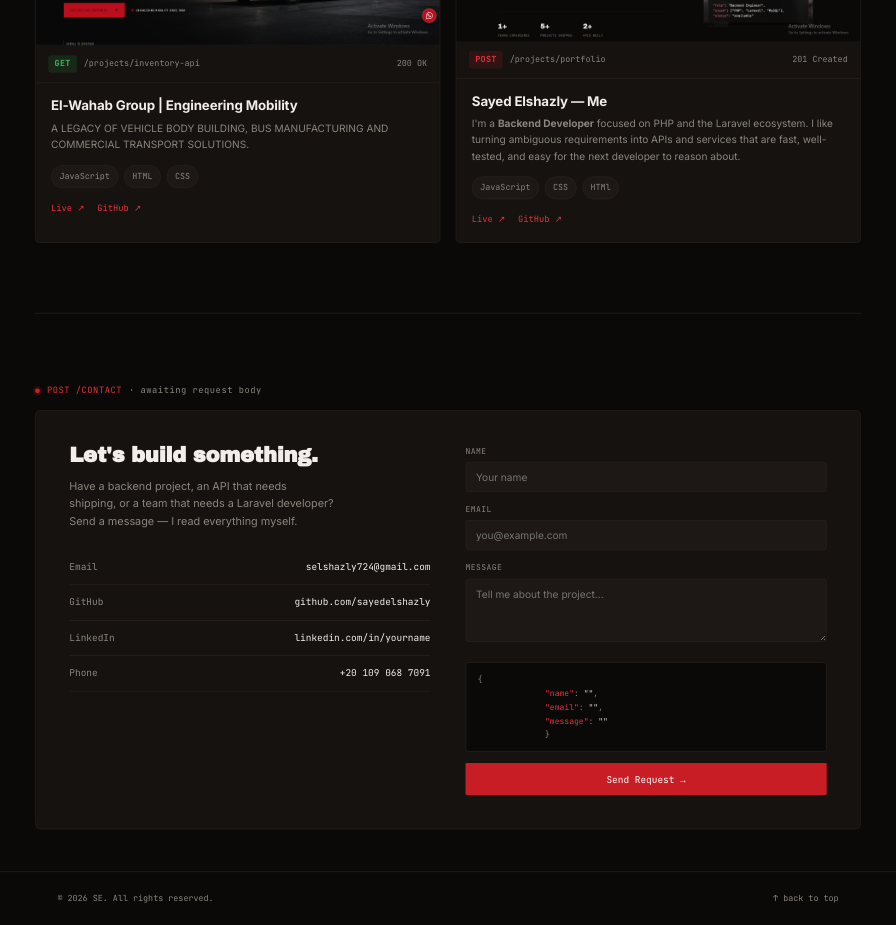
Repository: sayedelshazly/Portfolio.SE
Page: index.html
These files come from the project's save history. The page is drawn as it stood at one moment and after the next save; the edit follows.
The browser window is 1280 px wide. The pictures show the part of the page from y = 3567 to 5487 px (the page is 4888 px tall before and 5487 px after), at 70% of full size.

Above is the page before, as saved 2026-10-28 05:35:08.

After the next save:
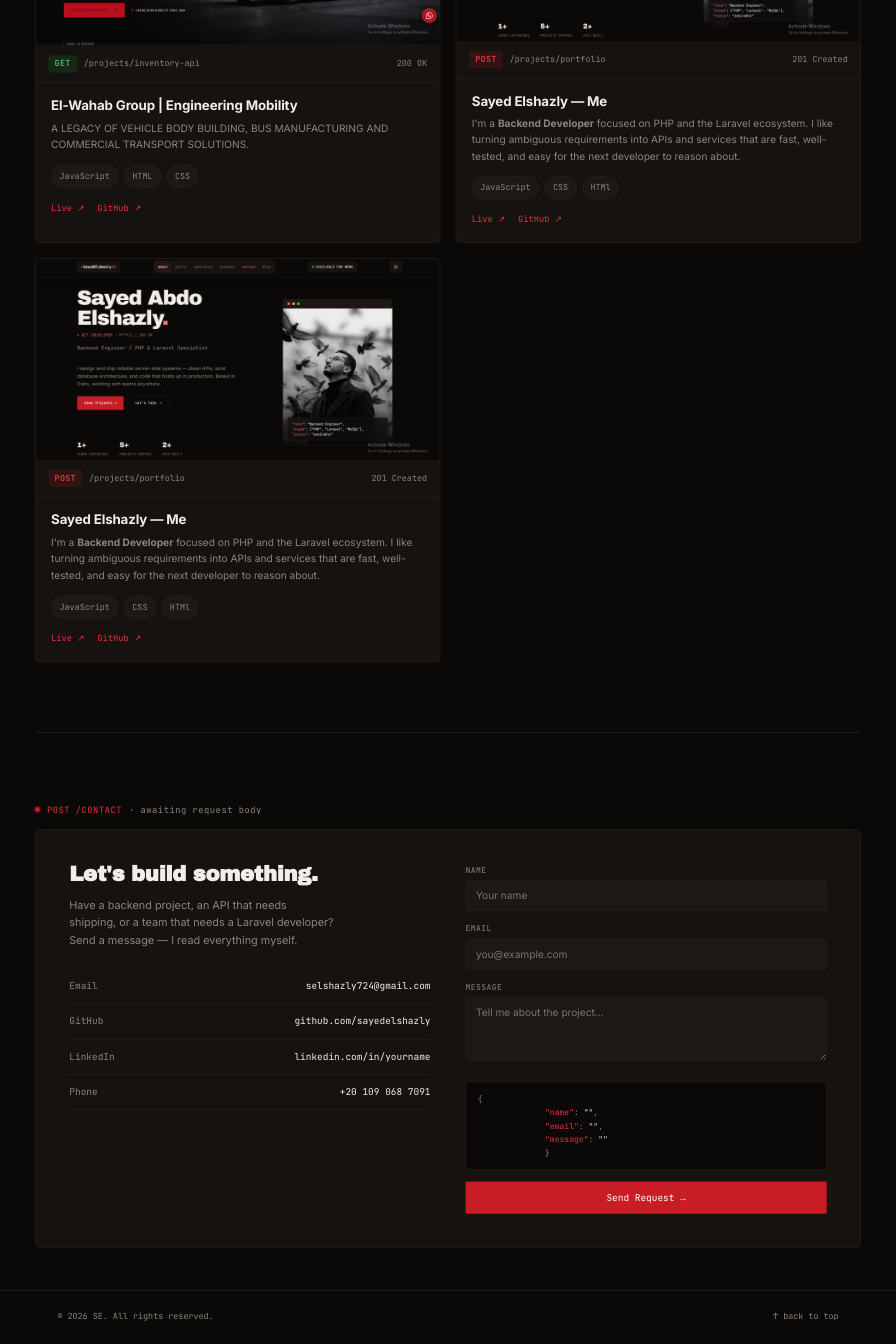
Saved 55 s later.
--- a/index.html
+++ b/index.html
@@ -283,7 +283,33 @@
             </div>
           </div>
         </div>
-
+<div class="project-card">
+          <figure class="project-visual">
+            <img src="./assets/blog/Screenshot (332)(1).png" alt="Illustrative booking calendar preview" loading="lazy"
+              decoding="async">
+          </figure>
+          <div class="pc-top">
+            <span class="method post">POST</span>
+            <span class="route">/projects/portfolio</span>
+            <span class="status-code">201 Created</span>
+          </div>
+          <div class="pc-body">
+            <h3>Sayed Elshazly — Me</h3>
+            <p>I'm a <b>Backend Developer</b> focused on PHP and the Laravel ecosystem. I like
+              turning ambiguous requirements into APIs and services that are fast, well-tested,
+              and easy for the next developer to reason about.</p>
+            <div class="tag-row" style="margin-bottom:18px;">
+              <span class="tag">JavaScript</span><span class="tag">CSS</span><span class="tag">HTMl</span>
+            </div>
+            <div class="pc-links">
+              <!-- <a href="https://selshazly-portfolio.up.railway.app">Live ↗</a> -->
+              <a href="https://selshazly-portfolio.up.railway.app" target="_blank">Live ↗</a>
+              <!-- <a href="https://selshazly-portfolio.up.railway.app" target="_blank" rel="noopener">Live ↗</a> -->
+
+              <a href="#">GitHub ↗</a>
+            </div>
+          </div>
+        </div>
 
       </div>
     </section>
